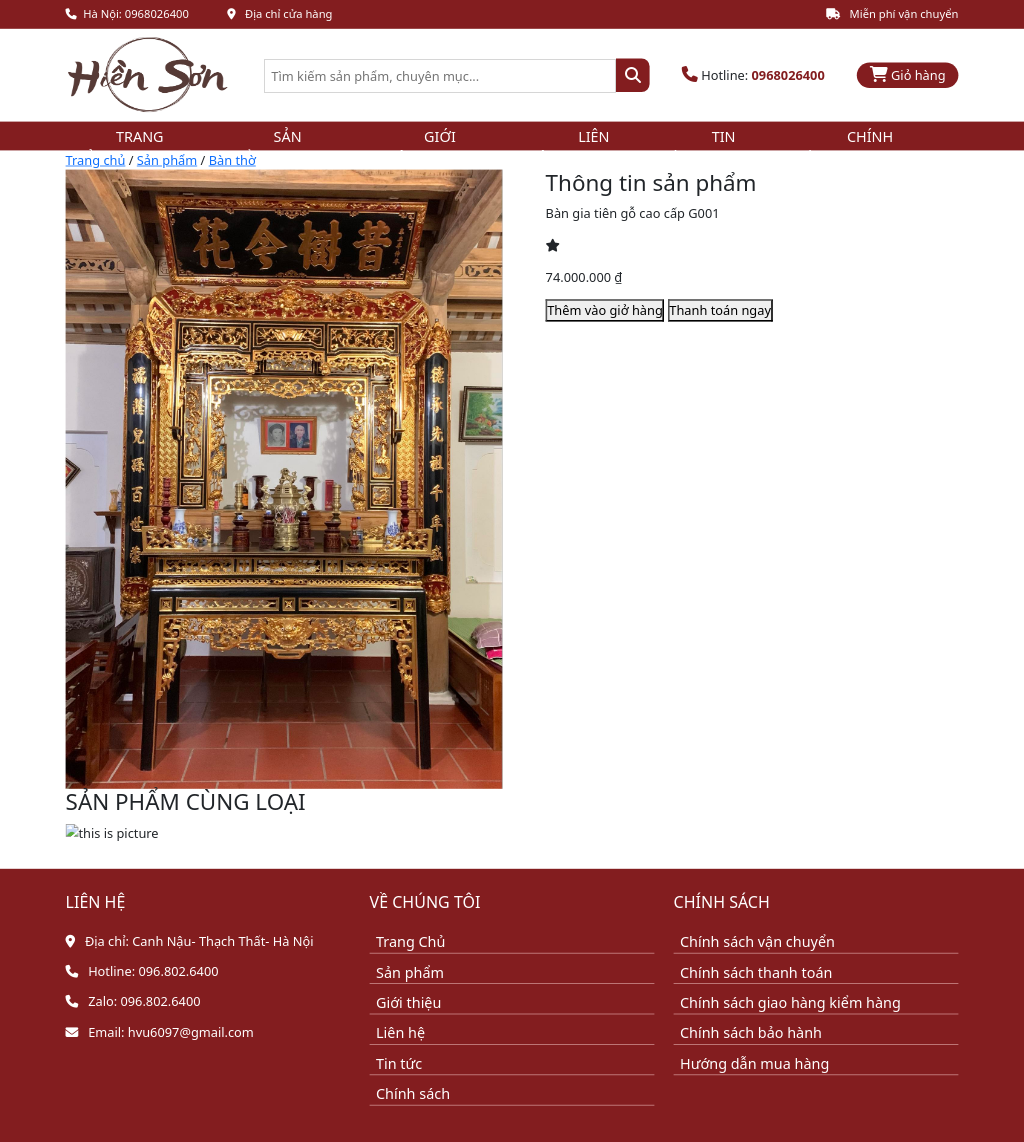
Repository: hoang28092000/do_go_hien_son
Page: product_details/ban_tho-g001.html
These files come from the project's save history. The page is drawn as it stood at one moment and after a run of saves; the edit follows.
The browser window is 1280 px wide. The pictures show the whole page, at 80% of full size.
Some web libraries are served in a nearby version.

Above is the page before, as saved 2024-08-10 20:02:13.

After the next 2 saves:
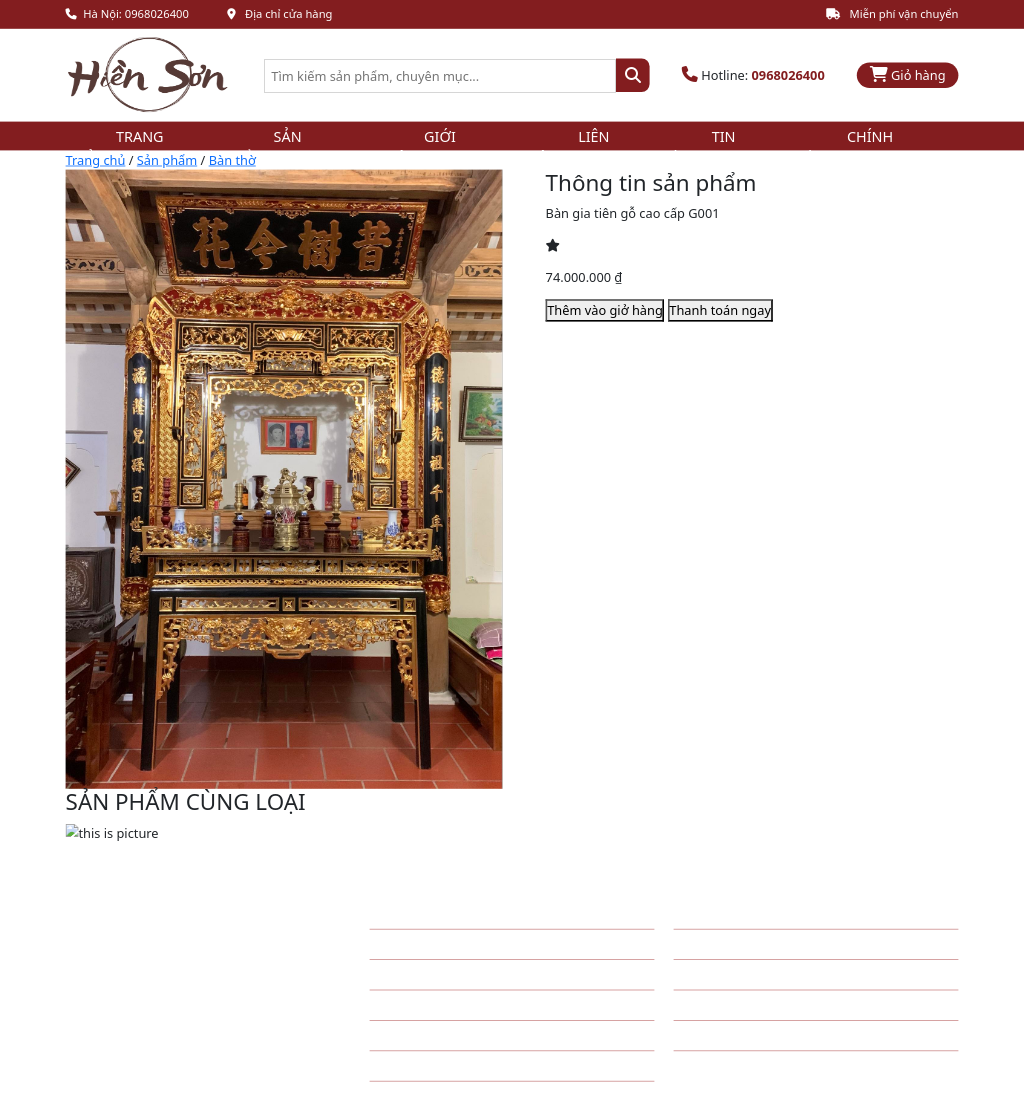
The 2 saves are shown as one change because they came seconds apart.
The last was saved 15 s later.
--- a/asset/style.css
+++ b/asset/style.css
@@ -458,6 +458,7 @@
     padding: 0 30px;
 
 }
+.main-product_details .info-p_details .na
 /* footer */
 #footer{
     background-color: #831d1f;

After the 4 saves that followed:
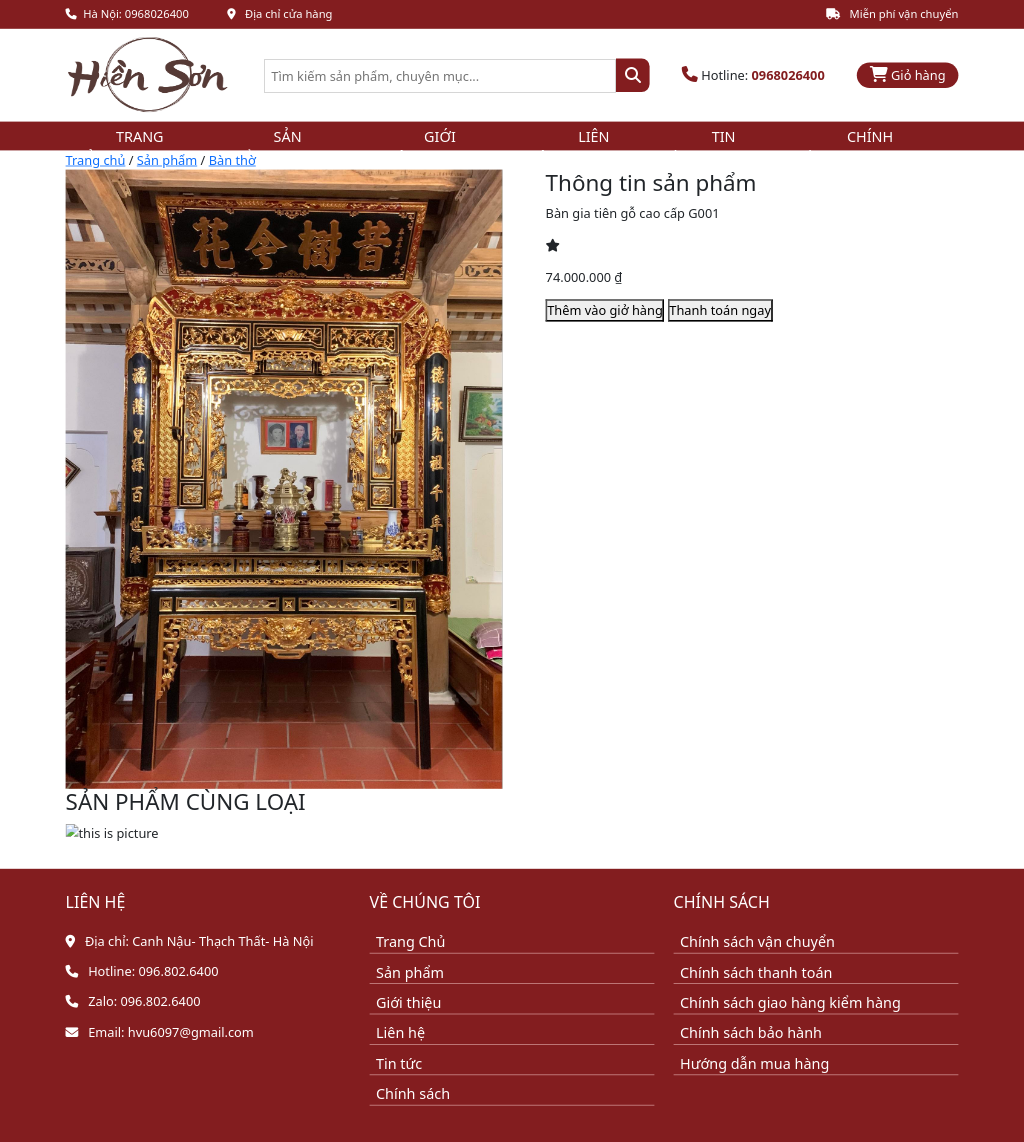
The 4 saves are shown as one change because 2 left the picture as it was and some came seconds apart.
The last was saved 19 s later.
--- a/product_details/ban_tho-g001.html
+++ b/product_details/ban_tho-g001.html
@@ -83,7 +83,7 @@
                     </div>
                     <div class="col-lg-6">
                         <div class="info-p_details">
-                            <h3 class="name-P_details">
+                            <h3 class="name-pp_details">
                                 Thông tin sản phẩm
                             </h3>
 
--- a/asset/style.css
+++ b/asset/style.css
@@ -458,7 +458,9 @@
     padding: 0 30px;
 
 }
-.main-product_details .info-p_details .na
+.main-product_details .info-p_details .name-p_details{
+
+}
 /* footer */
 #footer{
     background-color: #831d1f;
